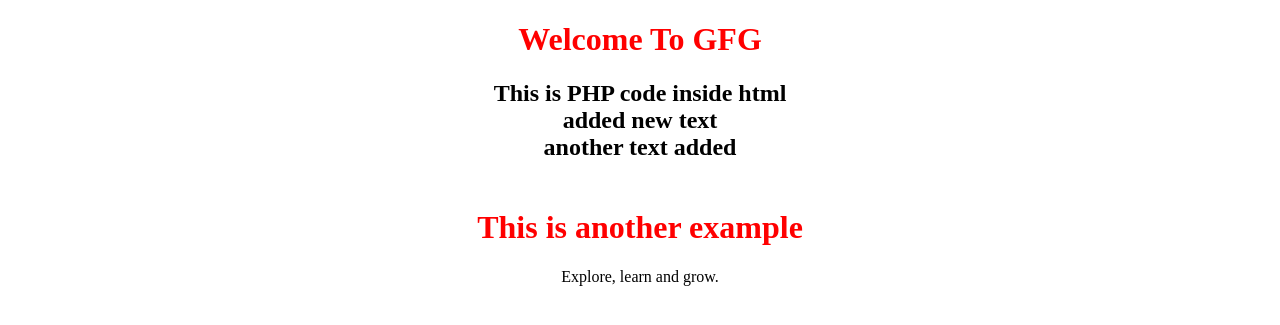
Repository: slevin2002/phpprojectgh
Page: http://localhost/example1.php
An editor plug-in stored every save of this project. The page is shown before and after a run of saves, followed by the edit.
The browser window is 1280 px wide. The pictures show the whole page.
The page is run by PHP 8.4 with error messages shown; the project is at /var/www/html/.

Above is the page before, as saved 2022-12-14 11:13:55.

### example1.php
<!DOCTYPE html>
<html>

<head>
	<style>
		h1 {
			color: blue;
		}
		h1 {
			color: red;
		}
	</style>
</head>

<body>
	<center>
		<h1>Welcome To GFG</h1>

		<h2>
			<?php
			echo "This is PHP code inside html<br>";
			echo "added new text<br>";
			echo "another text added";
			?>
			    <br><br>
				<h1>This is another example</h1>
        <?php
        echo 'Explore, learn and grow.'
        ?>
		</h2>
	</center>
</body>

</html>

After the next 4 saves:
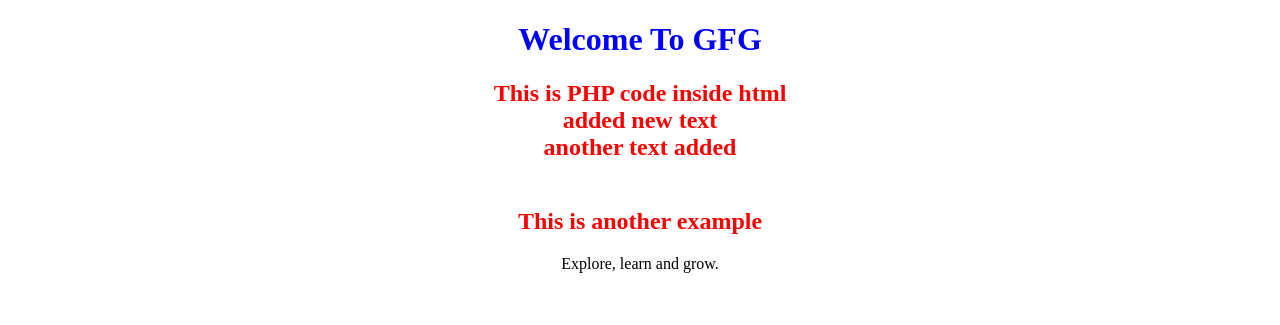
The 4 saves are shown as one change because they came seconds apart.
The last was saved 22 s later.
--- a/example1.php
+++ b/example1.php
@@ -6,7 +6,7 @@
 		h1 {
 			color: blue;
 		}
-		h1 {
+		h2 {
 			color: red;
 		}
 	</style>
@@ -23,7 +23,7 @@
 			echo "another text added";
 			?>
 			    <br><br>
-				<h1>This is another example</h1>
+				<h2>This is another example</h1>
         <?php
         echo 'Explore, learn and grow.'
         ?>
